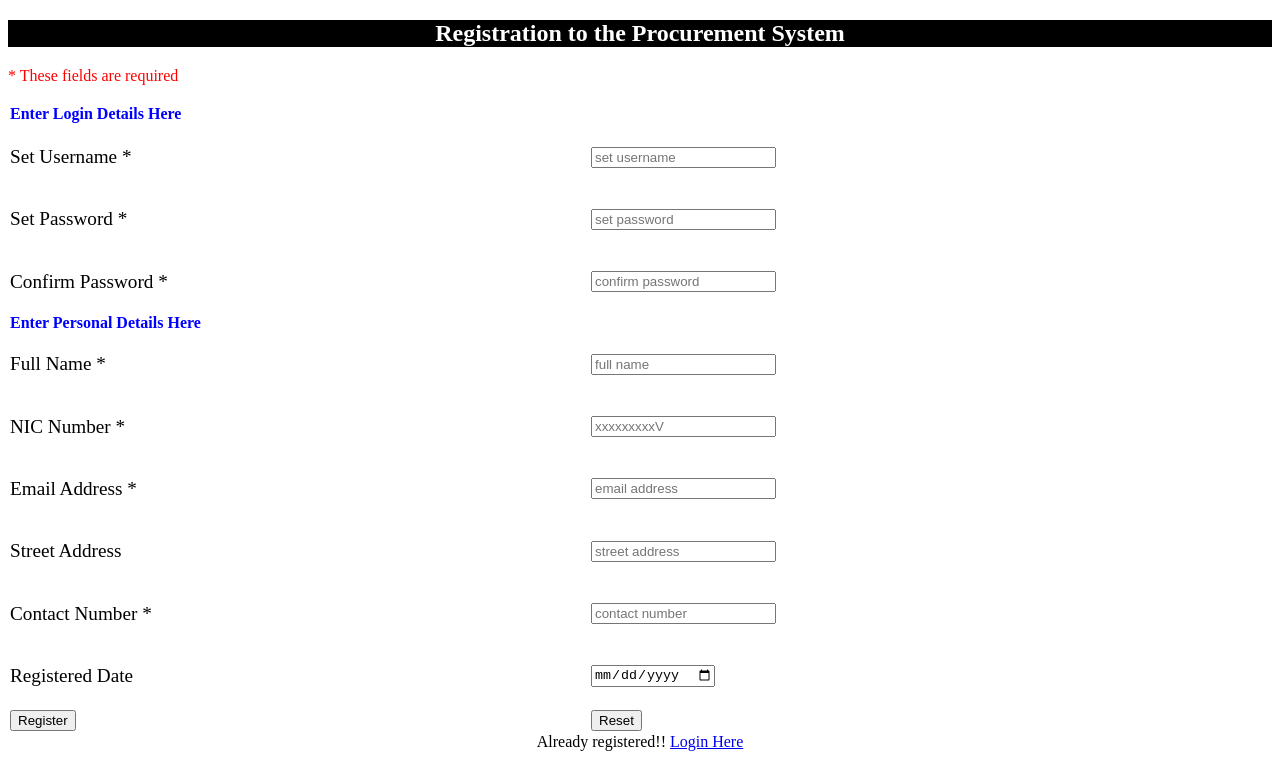
Repository: nirmaniPathiranage/CSSE-Procurement-Management
Page: http://localhost/Item_Management/Register.jsp
An editor plug-in stored every save of this project. The page is shown before and after the next save, followed by the edit.
The browser window is 1280 px wide. The pictures show the whole page.
The page is served by Tomcat 9. Other server files are loaded and not shown.

Above is the page before, as saved 2019-09-29 18:19:21.

### Item_Management/WebContent/Register.jsp
<%@ page language="java" contentType="text/html; charset=ISO-8859-1"
	pageEncoding="ISO-8859-1"%>
<!DOCTYPE html>
<html>
<head>
<meta http-equiv="Content-Type" content="text/html; charset=ISO-8859-1">
<title>Register</title>
<script>
</script>
<script>
	function validate() {
		var username = document.form.username.value;
		var password = document.form.password.value;
		var conpassword = document.form.confirmpassword.value;
		var fullname = document.form.fullname.value;
		var nicno = document.form.nicno.value;
		var email = document.form.emailaddress.value;
		var streetaddress = document.form.streetaddress.value;
		var contactno = document.form.contactno.value;
		var regdate = document.form.regdate.value;

		if (username == null || username == "") {
			alert("Username can't be blank");
			return false;
		} else if (password == null || password == "") {
			alert("Password can't be blank");
			return false;
		} else if (password.length < 8) {
			alert("Password must be at least 8 characters long.");
			return false;
		} else if (password != conpassword) {
			alert("Confirm Password should match with the Password");
			return false;
		} else if (fullname == null || fullname == "") {
			alert("Full Name can't be blank");
			return false;
		} else if (nicno == null || nicno == "") {
			alert("NIC Number can't be blank");
			return false;
		} else if (email == null || email == "") {
			alert("Email Address can't be blank");
			return false;
		} else if (streetaddress == null || streetaddress == "") {
			alert("Street Address can't be blank");
			return false;
		} else if (contactno == null || contactno == "") {
			alert("Contact Number can't be blank");
			return false;
		} else if (regdate == null || regdate == "") {
			alert("Registered Date can't be blank");
			return false;
		}
	}
</script>
</head>
<body>
	<center>
		<h2 style="width: 100%; background-color: black; color: white;">Registration
			to the Procurement System</h2>
	</center>

	<form style="text-align: left;" name="form" action="RegisterServlet"
		method="post" onSubmit="return validate();">
		<table border="0" cellpadding="0" style="width: 100%">
			<font color="red">* These fields are required</font>
			<tr height="0px">
				<br>
				<br>
			<thead>
				<tr>
					<th colspan="2"><font color="blue">Enter Login Details
							Here</font></th>
				</tr>
			</thead>
			<td><p style="font-size: larger">Set Username *</td>
			<td><input type="text" name="username"
				placeholder="set username" class="box" autocomplete="off" required /></td>
			</tr>
			<tr height="0px">
				<td><p style="font-size: larger">Set Password *</td>
				<td><input type="password" name="password"
					placeholder="set password" class="box" autocomplete="off" required /></td>
			</tr>
			<tr height="0px">
				<td><p style="font-size: larger">Confirm Password *</td>
				<td><input type="password" name="confirmpassword"
					placeholder="confirm password" class="box" autocomplete="off"
					required /></td>
			</tr>
			<thead>
				<tr>
					<th colspan="2"><font color="blue">Enter Personal
							Details Here</font></th>
				</tr>
			</thead>
			<tr height="0px">
				<td><p style="font-size: larger">Full Name *</td>
				<td><input list="status" name="fullname"
					placeholder="full name" class="box" /></td>
				<datalist id="status">
					<select required>
						<option>Mr.</option>
						<option>Mrs.</option>
						<option>Ms.</option>
					</select>
				</datalist>
				</td>
			</tr>
			<tr height="0px">
				<td><p style="font-size: larger">NIC Number *</td>
				<td><input type="text" name="nicno" placeholder="xxxxxxxxxV"
					class="box" autocomplete="off" required /></td>
			</tr>
			<tr height="0px">
				<td><p style="font-size: larger">Email Address *</td>
				<td><input type="email" name="emailaddress"
					placeholder="email address" class="box" autocomplete="off" required /></td>
			</tr>
			<tr height="0px">
				<td><p style="font-size: larger">Street Address</td>
				<td><input type="text" name="streetaddress"
					placeholder="street address" class="box" autocomplete="off"
					required /></td>
			</tr>
			<tr height="0px">
				<td><p style="font-size: larger">Contact Number *</td>
				<td><input type="text" name="contactno"
					placeholder="contact number" class="box" autocomplete="off"
					required /></td>
			</tr>
			<tr height="0px">
				<td><p style="font-size: larger">Registered Date</td>
				<td><input type="date" name="regdate" placeholder="yyyy-MM-dd"
					class="box" autocomplete="off" required /></td>
			</tr>
			<tr>
				<td><%=(request.getAttribute("errMessage") == null) ? "" : request.getAttribute("errMessage")%></td>
			</tr>
			<tr height="0px">
				<td><input type="submit" value="Register"></input></td>
				<td><input type="reset" value="Reset"></input></td>
			</tr>
			<tr>
				<td colspan="2"><center>
						Already registered!! <a href="Login.jsp">Login Here</a>
					</center></td>
			</tr>
		</table>
	</form>
</body>
</html>

After the next save:
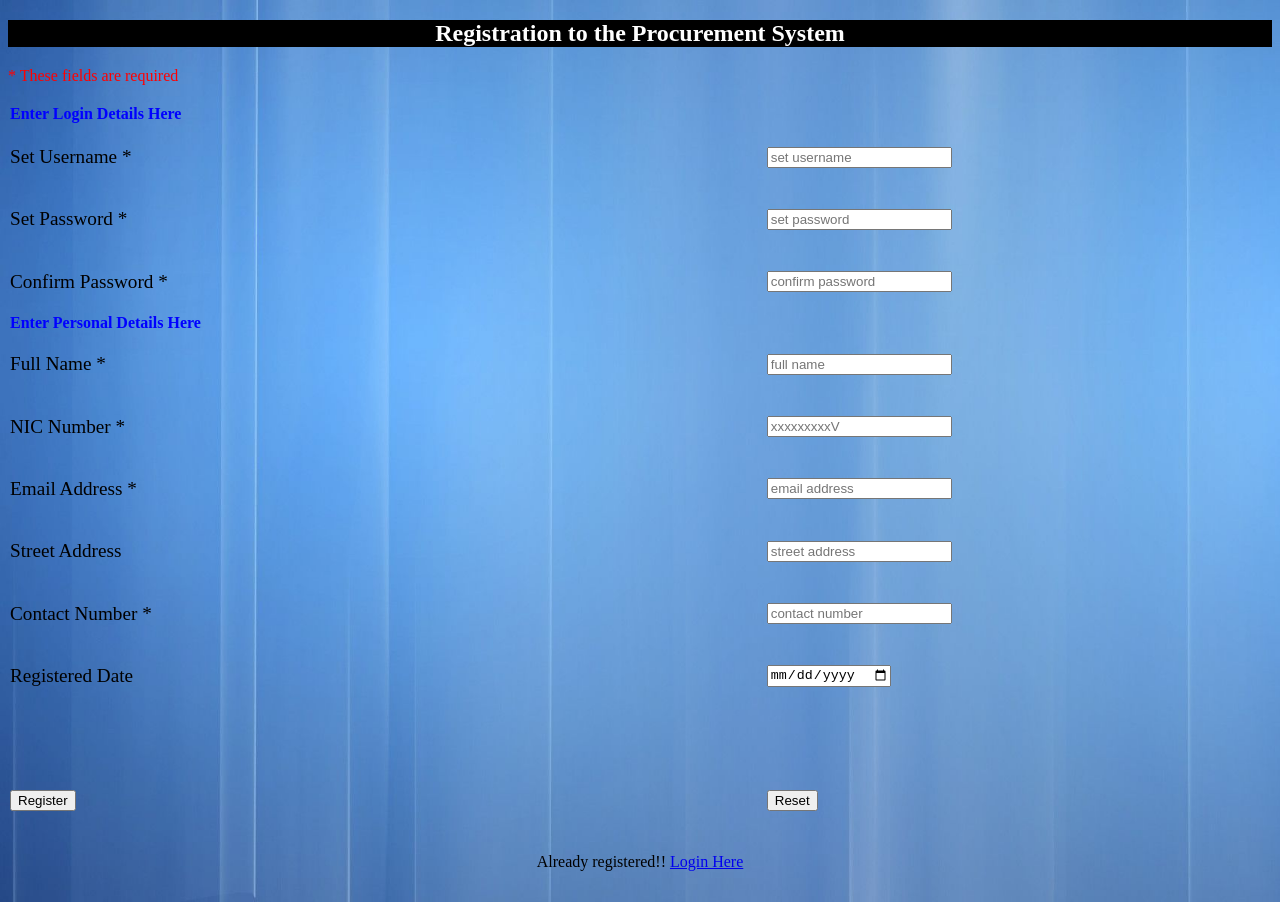
Saved 77 s later.
--- a/Item_Management/WebContent/Register.jsp
+++ b/Item_Management/WebContent/Register.jsp
@@ -5,6 +5,17 @@
 <head>
 <meta http-equiv="Content-Type" content="text/html; charset=ISO-8859-1">
 <title>Register</title>
+<style>
+body{
+
+	background:url('back.jpg');
+	background-size: cover;
+}
+td{
+	width:60%;
+	height:60px;
+}
+</style>
 <script>
 </script>
 <script>
